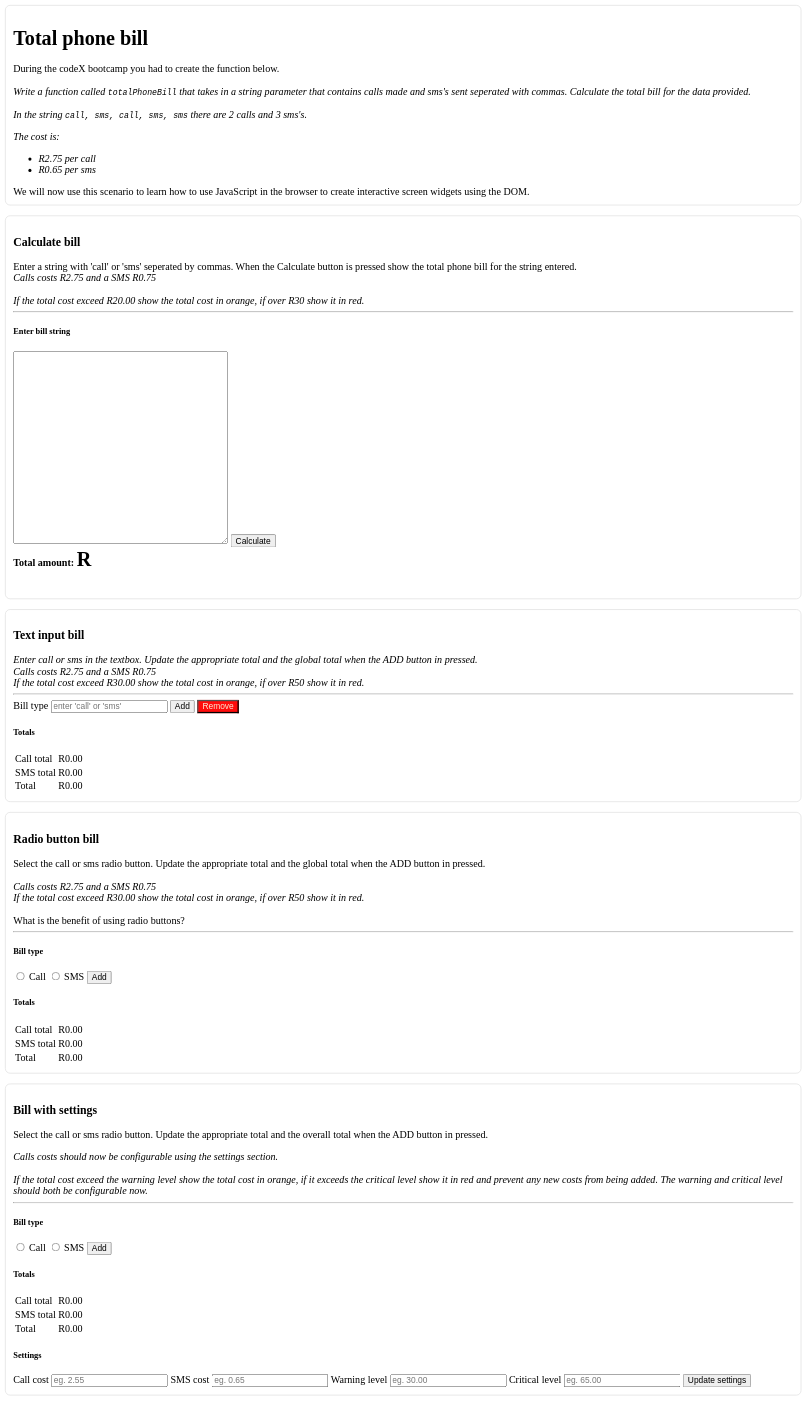
Repository: lasity34/Phone-bill
Page: index.html
These files come from the project's save history. The page is drawn as it stood at one moment and after the next save; the edit follows.
The browser window is 1280 px wide. The pictures show the whole page, at 63% of full size.
Some web libraries are served in a nearby version.

Above is the page before, as saved 2023-05-05 15:21:44.
Not found: css/skeleton.css

After the next save:
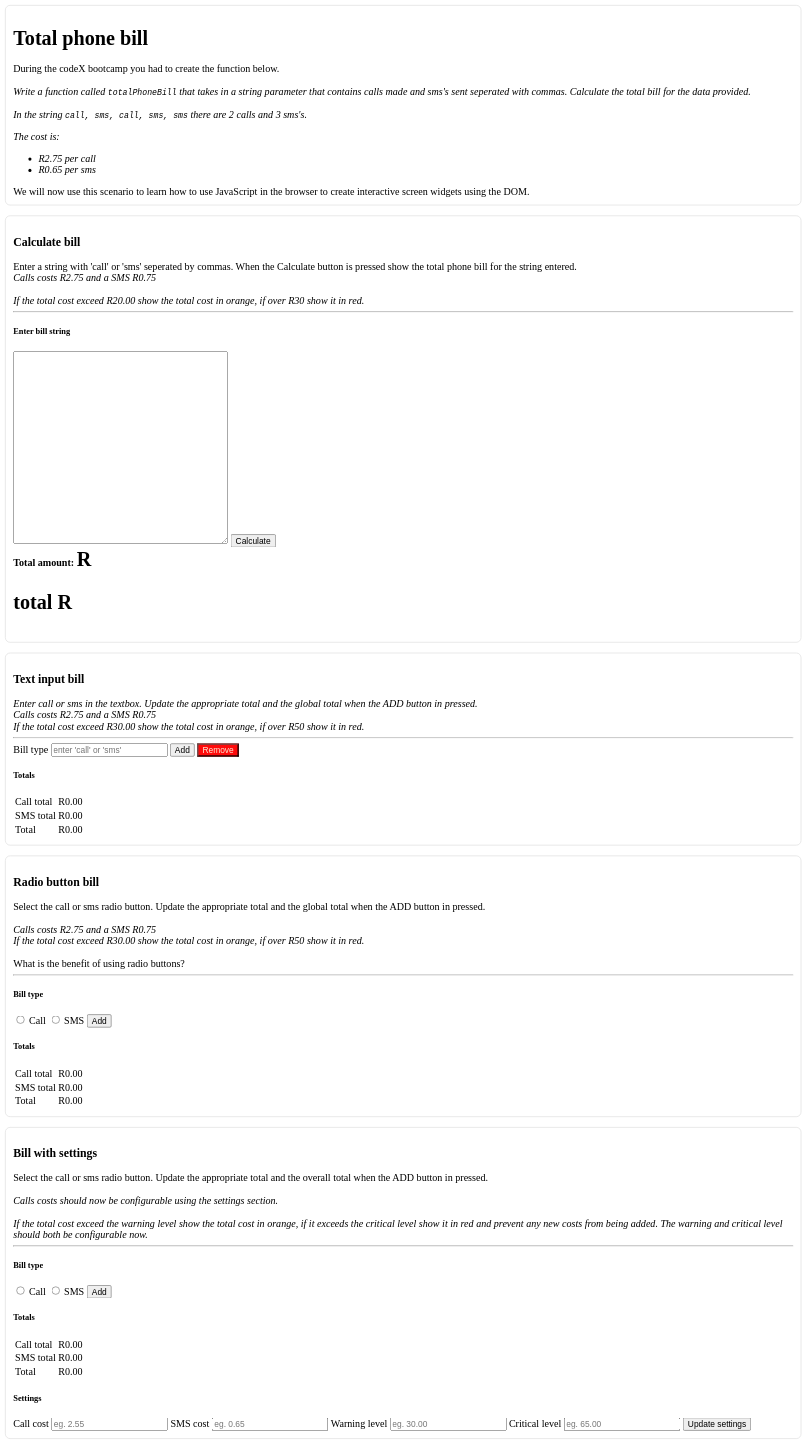
Saved 4 min 22 s later.
--- a/index.html
+++ b/index.html
@@ -234,7 +234,7 @@
       </div>
     </div>
     <script type="text/x-template" class="userTemplate">
-      <p class="totalCost">{{total}}</p>
+      <p class="totalCost">{{name}} total R{{total}}</p>
   </script>
     <script src="./js/calculate-bill.js" charset="utf-8"></script>
     <script src="./js/text-bill.js" charset="utf-8"></script>
